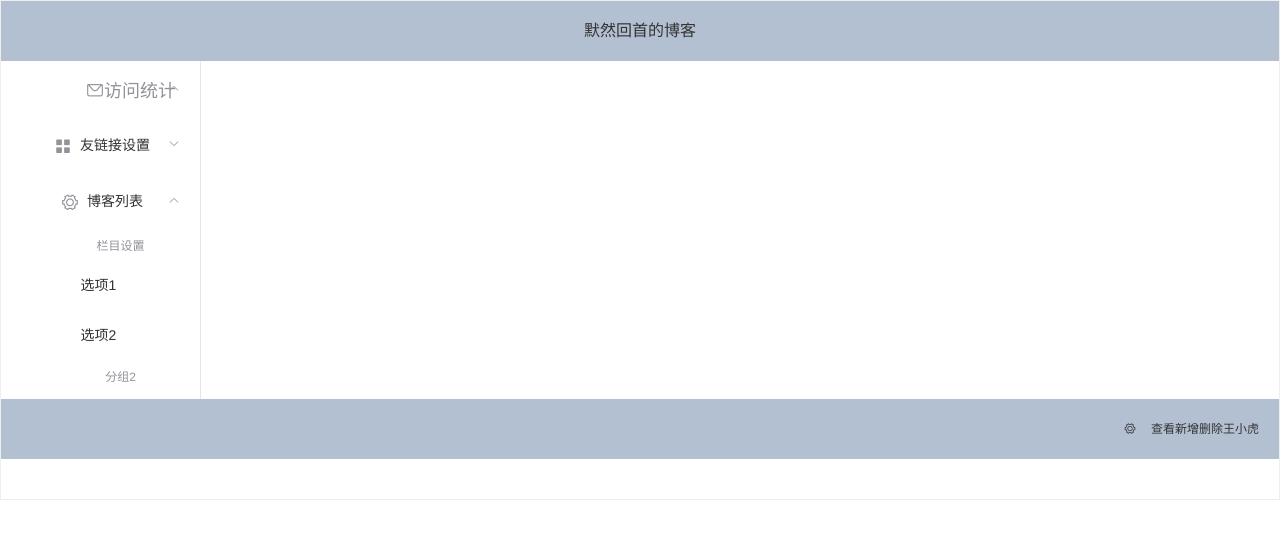
Repository: 550406066/blog
Page: / (app in blog/)
The author's editor kept a copy of each file at every save. The page is drawn from the files as they stood at one save, then again after the next save.
The browser window is 1280 px wide. The pictures show the whole page.
The project was rebuilt for these pictures with package versions that can differ from the ones it lists, and the page was loaded fresh each time.

Above is the page before, as saved 2018-12-08 10:21:29.

After the next save:
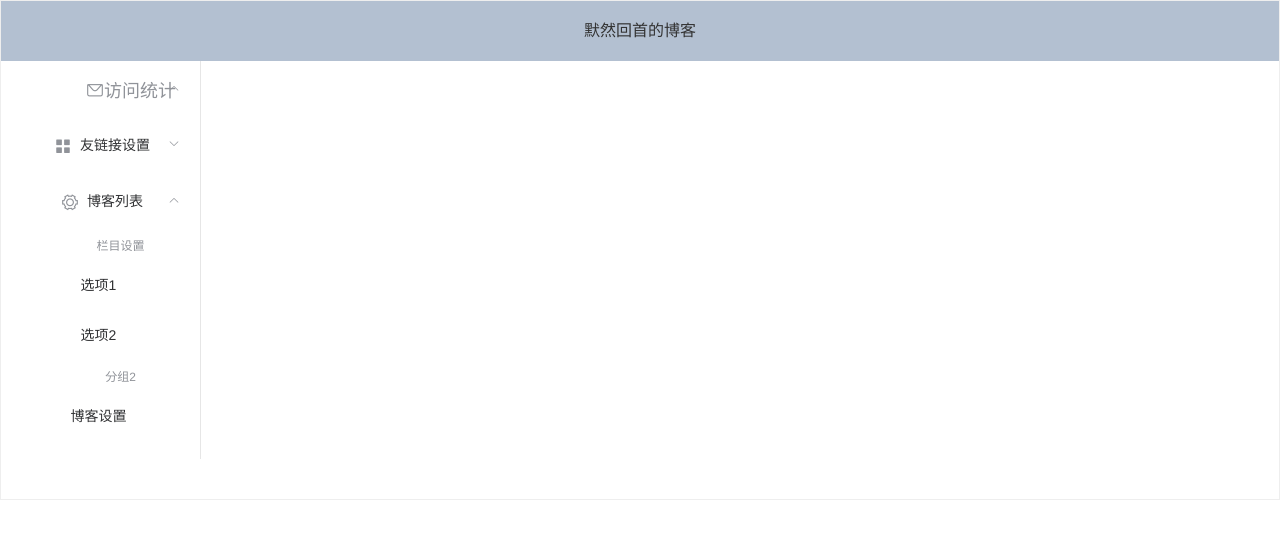
Saved 2 min 13 s later.
--- a/blog/src/components/HelloWorld.vue
+++ b/blog/src/components/HelloWorld.vue
@@ -25,23 +25,11 @@
               <template slot="title">个人设置</template>
               <el-menu-item index="3-4-1">关于我</el-menu-item>
             </el-submenu>
+        </el-menu>
+      </el-aside>
+      </el-scrollbar>
+  <el-container>
 
-        </el-menu>
-
-  </el-aside>
-          </el-scrollbar>
-  <el-container>
-    <el-header style="text-align: right; font-size: 12px">
-      <el-dropdown>
-        <i class="el-icon-setting" style="margin-right: 15px"></i>
-        <el-dropdown-menu slot="dropdown">
-          <el-dropdown-item>查看</el-dropdown-item>
-          <el-dropdown-item>新增</el-dropdown-item>
-          <el-dropdown-item>删除</el-dropdown-item>
-        </el-dropdown-menu>
-      </el-dropdown>
-      <span>王小虎</span>
-    </el-header>
 
     <el-main>
 
